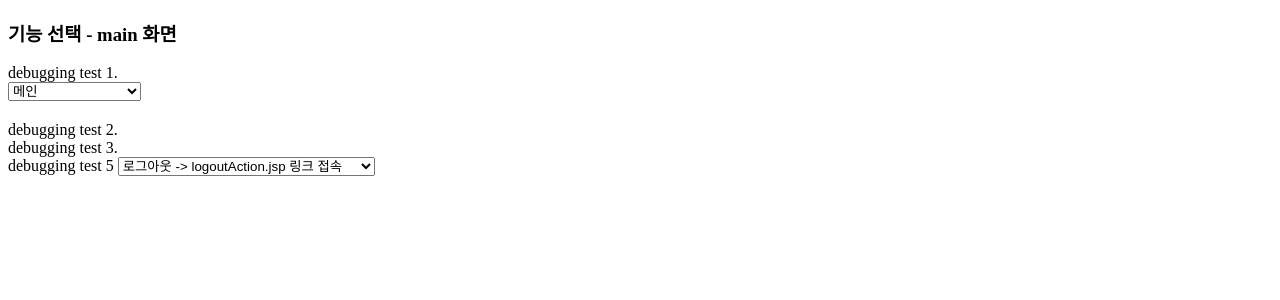
Repository: minjikimkim2222/BBS
Page: http://localhost/BBS/main.jsp
An editor plug-in stored every save of this project. The page is shown before and after the next save, followed by the edit.
The browser window is 1280 px wide. The pictures show the whole page.
The page is served by Tomcat 9. Other server files are loaded and not shown.

Above is the page before, as saved 2023-12-27 07:40:47.

### BBS/src/main/webapp/main.jsp
<%@ page language="java" contentType="text/html; charset=UTF-8" pageEncoding="UTF-8"%>
<!DOCTYPE html>
<html>
<head>
    <meta HTTP-EQUIV="content-type" CONTENT="text/html; CHARSET=UTF-8" charset="UTF-8">
    <link rel="stylesheet" href="css/bootstrap.css">
    <title>main 화면</title>
</head>
<body>

	<%
	// 메인페이지로 이동했을 때, 세션에 값이 담겨있는지 체크
	String userID = null;

	if (session.getAttribute("userID") != null){
		userID = (String)session.getAttribute("userID");
	}
	%>

    <h3> 기능 선택 - main 화면</h3>

    <span>debugging test 1.</span>

    <form action="" name="loginSelect">
        <select name="loginList" onchange="location = document.loginSelect.loginList.value" style="margin-bottom: 20px;">
        	<option value="main.jsp">메인</option>
            <option value="bbs.jsp">게시판</option>
            <option value="MySQL_ConnectionTest.jsp">sql connection test</option>

      		<%

      				if (userID == null) {

      		%>
                    <optgroup label="접속하기">
                        <option value="login.jsp">로그인</option>
                        <option value="join.jsp">회원가입</option>
                    </optgroup>
                </select>
            </form>

            <div>debugging test 2.</div>
            <div>debugging test 3.</div>

    		<%
    		}
      				else
      				{
    		%>

            <span>debugging test 4.</span>
            <select>
                <optgroup label="회원관리">
                    <option value="logoutAction.jsp">로그아웃 -> logoutAction.jsp 링크 접속 </option>
                </optgroup>
            </select>

    		<%
    			}
    		%>

    		<span> debugging test 5</span>
    		     <select>
                <optgroup label="회원관리">
                    <option value="logoutAction.jsp">로그아웃 -> logoutAction.jsp 링크 접속 </option>
                </optgroup>
            </select>
</body>
</html>

### BBS/src/main/webapp/css/bootstrap.css
@charset "UTF-8";

.form-group {
  margin-bottom: 20px;
}

.form-control {
  display: block;
  width: 100%;
  height: 40px;
  padding: 10px 15px;
  font-size: 14px;
  line-height: 1.42857143;
  color: #555;
  background-color: #fff;
  background-image: none;
  border: 1px solid #ccc;
  border-radius: 4px;
  -webkit-box-shadow: inset 0 1px 1px rgba(0, 0, 0, .075);
          box-shadow: inset 0 1px 1px rgba(0, 0, 0, .075);
  -webkit-transition: border-color ease-in-out .15s, -webkit-box-shadow ease-in-out .15s;
       -o-transition: border-color ease-in-out .15s, box-shadow ease-in-out .15s;
          transition: border-color ease-in-out .15s, box-shadow ease-in-out .15s;
  box-sizing: border-box; /* 추가된 부분 */
}

.container {
  padding-right: 15px;
  padding-left: 15px;
  margin-right: auto;
  margin-left: auto;
}

.jumbotron {
  padding-top: 30px;
  padding-bottom: 30px;
  margin-bottom: 30px;
  color: inherit;
  background-color: #eee;
  box-sizing: border-box; /* 추가된 부분 */
}

.col-lg-4 {
  width: 33.33333333%;
}


.col-lg-5 {
    width: 41.66666667%;
}

After the next save:
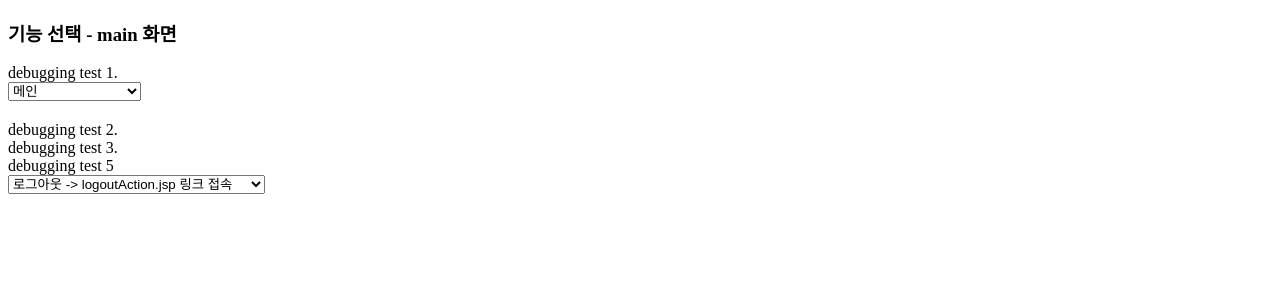
Saved 13 s later.
--- a/BBS/src/main/webapp/main.jsp
+++ b/BBS/src/main/webapp/main.jsp
@@ -59,7 +59,7 @@
     			}
     		%>
 
-    		<span> debugging test 5</span>
+    		<div> debugging test 5</div>
     		     <select>
                 <optgroup label="회원관리">
                     <option value="logoutAction.jsp">로그아웃 -> logoutAction.jsp 링크 접속 </option>
